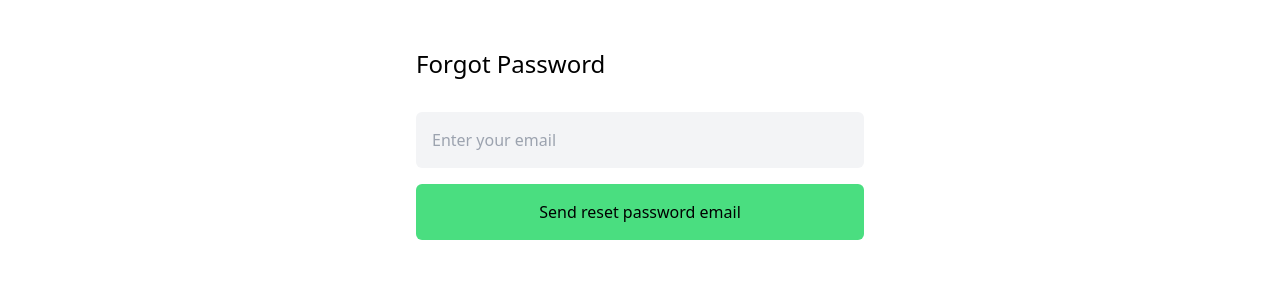
Repository: sevilgenysf/firebase
Page: /forgot-password
The author's editor kept a copy of each file at every save. The page is drawn from the files as they stood at one save, then again after a run of saves.
The browser window is 1280 px wide. The pictures show the whole page.
The project was rebuilt for these pictures with package versions that can differ from the ones it lists, and the page was loaded fresh each time. Also part of the build but not shown: src/pages/Home.js, src/firebase.js, src/pages/SignIn.js, src/pages/SignUp.js.

Above is the page before, as saved 2023-01-04 14:40:23.

### src/App.js
import { BrowserRouter as Router, Routes, Route } from 'react-router-dom';
import Home from './pages/Home';
import SignIn from './pages/SignIn';
import SignUp from './pages/SignUp';
import ForgotPassword from './pages/ForgotPassword';

const App = () => {
	return (
		<Router>
			<Routes>
				<Route path="/" element={<Home />} />
				<Route path="/sign-in" element={<SignIn />} />
				<Route path="/sign-up" element={<SignUp />} />
				<Route path="/forgot-password" element={<ForgotPassword />} />
			</Routes>
		</Router>
	);
};

export default App;

### src/pages/ForgotPassword.js
const ForgotPassword = () => {
	return (
		<div className="max-w-md mx-auto py-12">
			<h1 className="text-2xl">Forgot Password</h1>
			<form className="flex flex-col gap-4 mt-8">
				<input
					type="email"
					placeholder="Enter your email"
					className="p-4 bg-gray-100 rounded-md"
				/>
				<input
					type="submit"
					value="Send reset password email"
					className="p-4 bg-green-400 rounded-md"
				/>
			</form>
		</div>
	);
};

export default ForgotPassword;

### tailwind.config.js
/** @type {import('tailwindcss').Config} */
module.exports = {
	content: ['./src/**/*.{js,jsx,ts,tsx}'],
	theme: {
		extend: {}
	},
	plugins: []
};

Loaded but not shown: public/index.html (common file); src/index.js (common file); src/index.css (common file); src/reportWebVitals.js (common file)

After the next 2 saves:
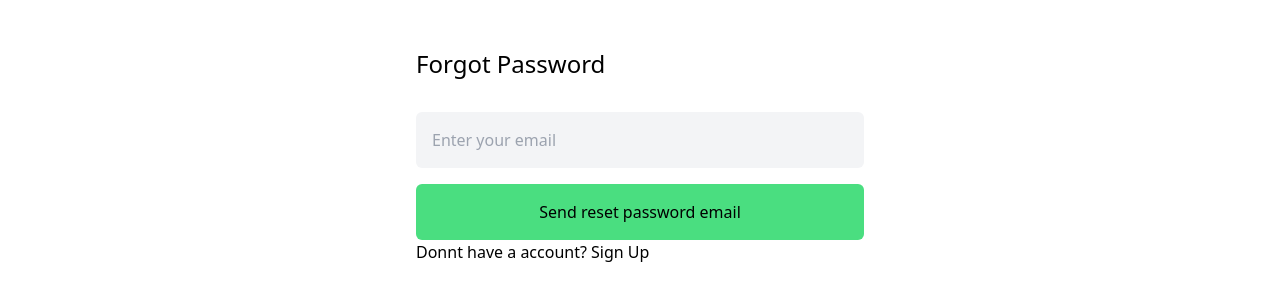
The 2 saves are shown as one change because 1 did not build or start.
The last was saved 67 s later.
--- a/src/pages/ForgotPassword.js
+++ b/src/pages/ForgotPassword.js
@@ -1,3 +1,5 @@
+import { Link } from 'react-router-dom';
+
 const ForgotPassword = () => {
 	return (
 		<div className="max-w-md mx-auto py-12">
@@ -14,6 +16,7 @@ const ForgotPassword = () => {
 					className="p-4 bg-green-400 rounded-md"
 				/>
 			</form>
+			<Link to="/sign-up">Donnt have a account? Sign Up</Link>
 		</div>
 	);
 };
